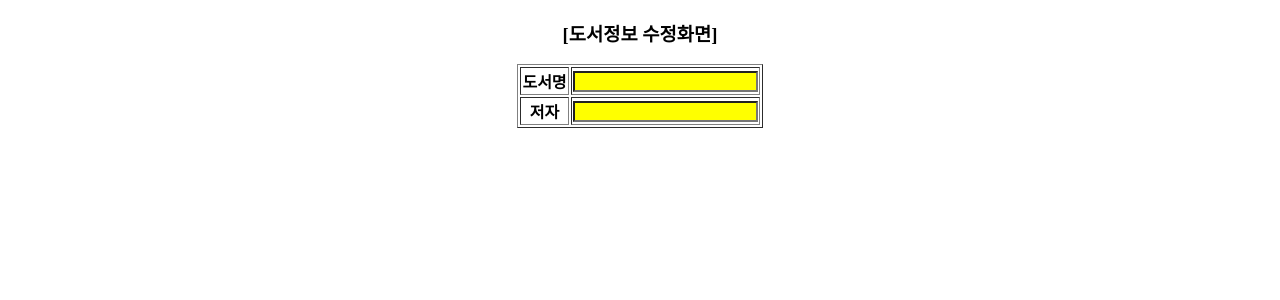
Repository: youngmoon525/Jsp_Servlet
Page: http://localhost/05.TestJSP/detail.jsp
These files come from the project's save history. The page is drawn as it stood at one moment and after the next save; the edit follows.
The browser window is 1280 px wide. The pictures show the whole page.
The page is served by Tomcat 9. Queries for data that is not in the repository find no rows.

Above is the page before, as saved 2021-09-13 03:38:03.

After the next save:
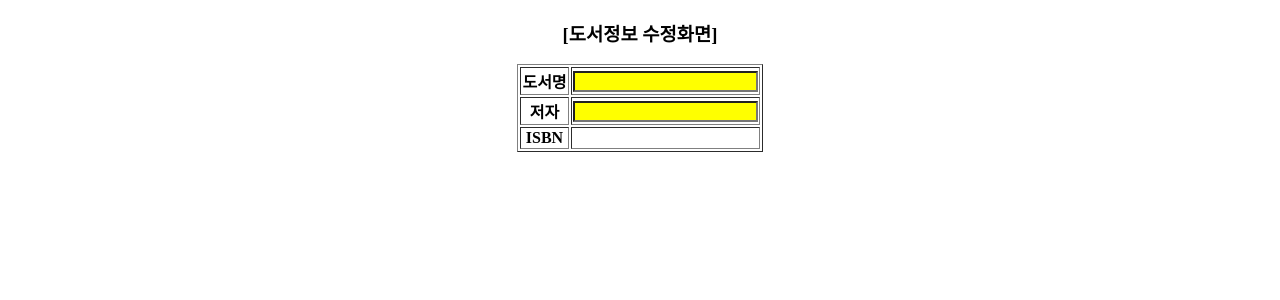
Saved 28 s later.
--- a/workspace/05.TestJSP/WebContent/detail.jsp
+++ b/workspace/05.TestJSP/WebContent/detail.jsp
@@ -31,6 +31,10 @@ pageContext.setAttribute("dto", dto);
 		<th>저자</th>
 		<td><input type="text" name="name" value="${dto.name }" class="in"/></td>
 	</tr>
+	<tr>
+		<th>ISBN</th>
+		<td>${dto.isbn }</td>
+	</tr>
 </table>
 </form>
 </div>
